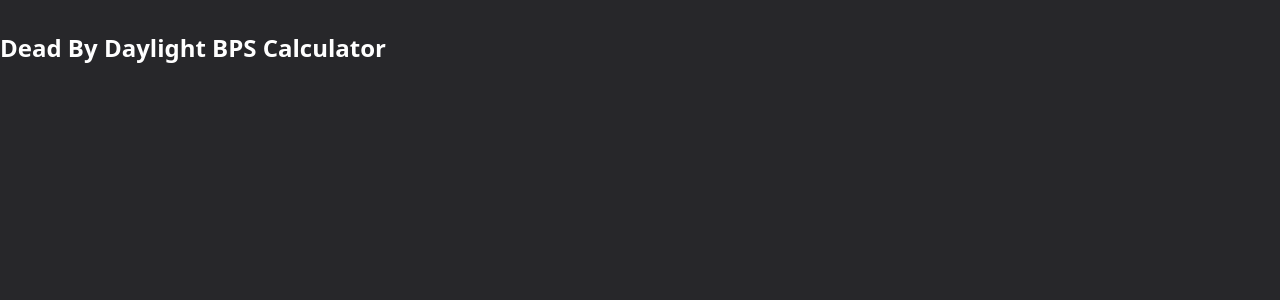
Repository: serhatgundogdu/Survivor-Bloodpoint-Calculator
Page: /
These files come from the project's save history. The page is drawn as it stood at one moment and after a run of saves; the edit follows.
The browser window is 1280 px wide. The pictures show the whole page.
The project was rebuilt for these pictures with package versions that can differ from the ones it lists, and the page was loaded fresh each time. Also part of the build but not shown: vite.config.js.

Above is the page before, as saved 2023-06-13 14:46:22.

### src/App.jsx
function App() {
  return (
    <div className="container mx-auto mt-8">
      <header>
        <h1 className="text-2xl font-bold">Dead By Daylight BPS Calculator</h1>
      </header>
    </div>
  );
}

export default App;

### src/index.css
@tailwind base;
@tailwind components;
@tailwind utilities;

@layer components {
  body {
    @apply bg-zinc-800 text-white;
  }
}

Loaded but not shown: index.html (common file); src/main.jsx (common file); tailwind.config.js (common file)

After the next 2 saves:
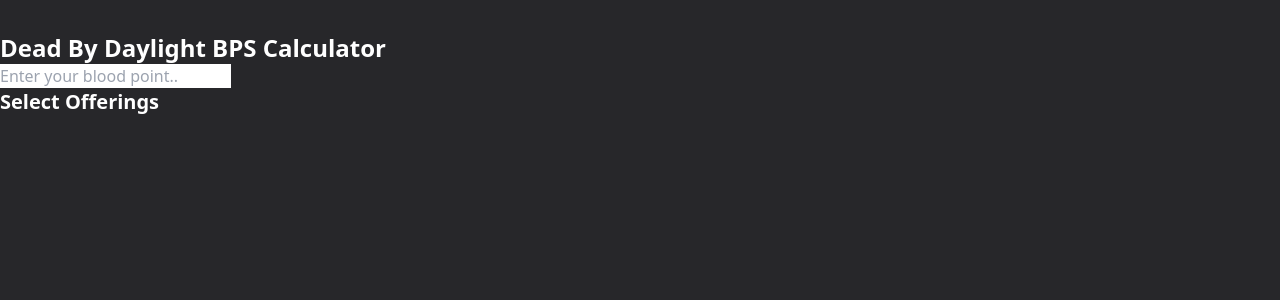
The 2 saves are shown as one change because they came seconds apart.
The last was saved 47 s later.
--- a/src/App.jsx
+++ b/src/App.jsx
@@ -3,6 +3,14 @@
     <div className="container mx-auto mt-8">
       <header>
         <h1 className="text-2xl font-bold">Dead By Daylight BPS Calculator</h1>
+
+        <section>
+          <input type="number" placeholder="Enter your blood point.." />
+        </section>
+
+        <section>
+          <h2 className="text-xl font-bold">Select Offerings</h2>
+        </section>
       </header>
     </div>
   );

After the save that followed:
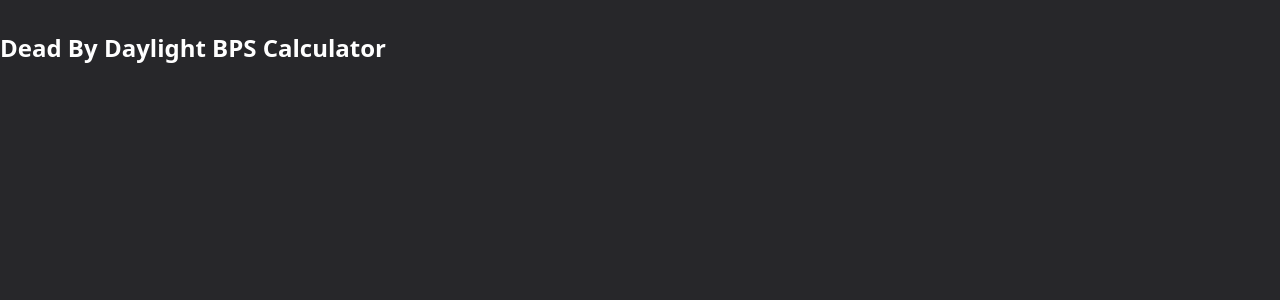
Saved 10 s later.
--- a/src/App.jsx
+++ b/src/App.jsx
@@ -3,14 +3,6 @@
     <div className="container mx-auto mt-8">
       <header>
         <h1 className="text-2xl font-bold">Dead By Daylight BPS Calculator</h1>
-
-        <section>
-          <input type="number" placeholder="Enter your blood point.." />
-        </section>
-
-        <section>
-          <h2 className="text-xl font-bold">Select Offerings</h2>
-        </section>
       </header>
     </div>
   );
